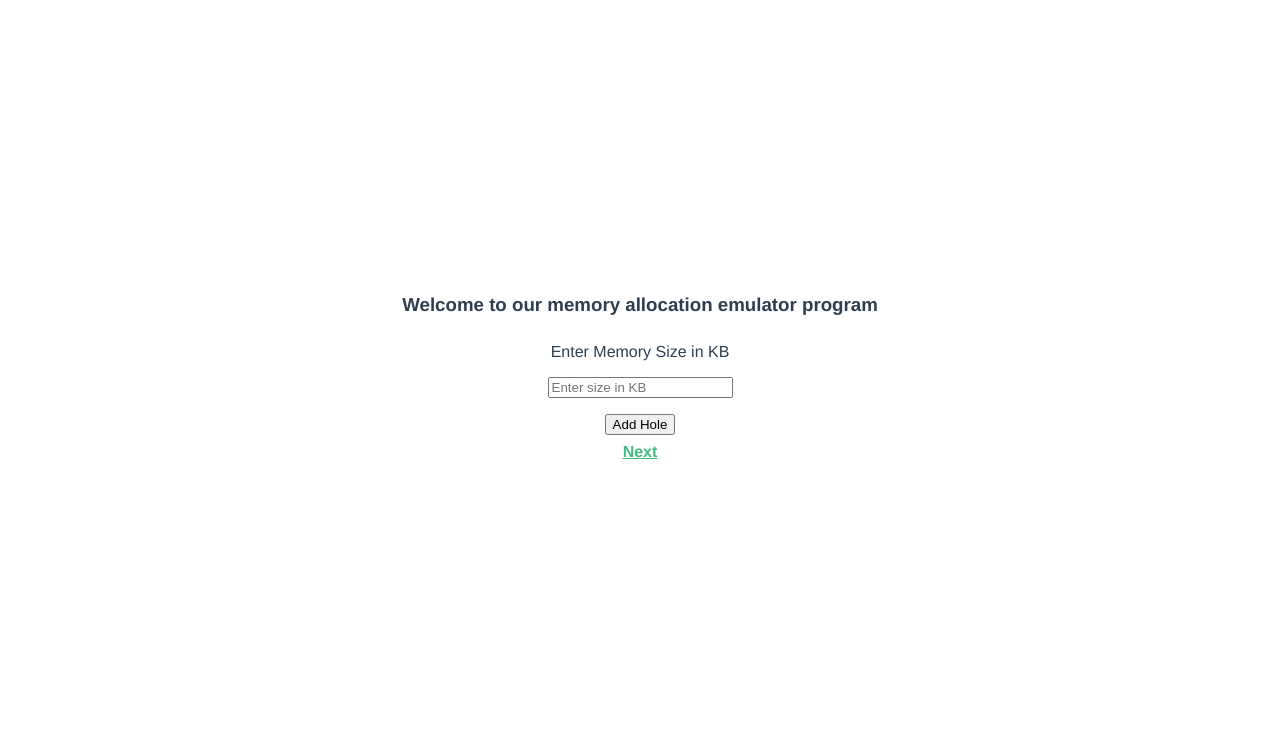
Repository: atout811/memory-allocation-project
Page: /
These files come from the project's save history. The page is drawn as it stood at one moment and after the next save; the edit follows.
The browser window is 1280 px wide. The pictures show the whole page.
The project was rebuilt for these pictures with package versions that can differ from the ones it lists, and the page was loaded fresh each time. Also part of the build but not shown: src/views/Process.vue, src/views/Methods.vue, src/views/Final.vue.

Above is the page before, as saved 2021-06-06 21:34:02.

### src/App.vue
<template>
  <router-view v-slot="{ Component }">
    <transition name="fade" mode="out-in">
      <component :is="Component" />
    </transition>
  </router-view>
</template>
<script>
import MemHole from "./views/MemoryAndHoles.vue";
export default {
  name: "App",
  components: { MemHole },
};
</script>
<style lang="scss">
#app {
  font-family: Avenir, Helvetica, Arial, sans-serif;
  -webkit-font-smoothing: antialiased;
  -moz-osx-font-smoothing: grayscale;
  text-align: center;
  color: #2c3e50;
  display: flex;
  flex-direction: column;
  align-items: center;
}
a {
  font-weight: bold;
  color: #42b983;

  &.router-link-exact-active {
    color: #42b983;
  }
}
.fade-enter-active,
.fade-leave-active {
  transition: opacity 0.5s ease;
}
.fade-enter-from, .fade-leave-to /* .fade-leave-active below version 2.1.8 */ {
  opacity: 0;
}
</style>

### src/router/index.js
import { createRouter, createWebHashHistory } from "vue-router";
import Process from "../views/Process";
import MemoryAndHoles from "../views/MemoryAndHoles";
import Methods from "../views/Methods";
import Final from "../views/Final";

const routes = [
  {
    path: "/",
    name: "Home",
    component: MemoryAndHoles,
  },
  {
    path: "/process",
    name: "Process",
    component: Process,
  },
  {
    path: "/methods",
    name: "Methods",
    component: Methods,
  },
  {
    path: "/final",
    name: "Final",
    component: Final,
  },
];

const router = createRouter({
  history: createWebHashHistory(),
  routes,
});

export default router;

### src/store/index.js
import { createStore } from "vuex";

export default createStore({
  state: {
    input: {
      memSize: "",
      Holes: [],
      Processes: [],
      Method: "",
    },
  },
  mutations: {},
  actions: {},
  modules: {},
});

### src/views/MemoryAndHoles.vue
<template>
  <transition>
    <div class="wrapper">
      <h3>Welcome to our memory allocation emulator program</h3>
      <div class="memory">
        <span>Enter Memory Size in KB</span>
        <input
          type="text"
          placeholder="Enter size in KB"
          v-model="memorySize"
          name="memSize"
          @input="Validation"
          ref="input1"
        />
        <div class="error" v-if="error.find((element) => element == 'memSize')">
          Please Enter Positive Integer Number
        </div>
      </div>
      <div class="holes">
        <input type="button" value="Add Hole" @click="handleClick" />

        <div class="test" v-for="(hole, index) in holes" :key="index">
          <div class="holaya">
            <span>Enter Hole start address</span>
            <input
              type="text"
              placeholder="Enter Start address"
              :name="'address' + index"
              @input="Validation"
              v-model="holes[index].starting"
            />
            <div
              class="error"
              v-if="error.find((element) => element == 'address' + index)"
            >
              Please Enter Positive Integer Number
            </div>
          </div>
          <div class="holaya">
            <span>Enter Hole size</span>
            <input
              type="text"
              :name="'size' + index"
              placeholder="Enter hole size"
              @input="Validation"
              v-model="holes[index].size"
            />
            <div
              class="error"
              v-if="error.find((element) => element == 'size' + index)"
            >
              Please Enter Positive Integer Number
            </div>
          </div>
        </div>
      </div>
      <router-link to="/process" @click="handleNext">Next</router-link>
    </div>
  </transition>
</template>
<script>
import store from "../store";
export default {
  name: "MemHole",
  store,
  data() {
    return {
      memorySize: "",
      holes: [],
      error: [],
    };
  },
  methods: {
    handleClick: function () {
      this.holes = [...this.holes, { starting: "", size: "" }];
      console.log(this.holes);
    },
    handleNext: function () {
      console.log(this.$store.state);
      this.$store.state.input.memSize = this.memorySize;
      this.$store.state.input.Holes = this.holes;
      console.log(this.$store.state);
    },
    Validation: function (e) {
      console.log(this.error);
      console.log(e.target.name);

      if (!/^\d+$/.test(e.target.value)) {
        if (this.error.find((element) => element == e.target.name)) return;

        return this.error.push(e.target.name);
      }
      if (/^\d+$/.test(e.target.value))
        return (this.error = this.error.filter(
          (item) => item != e.target.name
        ));
    },
  },
};
</script>

<style scoped>
.error {
  color: rgb(179, 1, 1);
}
.wrapper {
  height: 100vh;
  width: 100%;
  display: flex;
  justify-content: center;
  align-items: center;
  flex-direction: column;
}
.test {
  width: 100%;
  display: flex;
  justify-content: center;
  align-items: center;
}
.holes {
  width: 100%;
}
.holaya {
  width: 100%;
}
.memory {
  display: flex;
  flex-direction: column;
  max-width: 50%;
}
span {
  margin: 8px;
}
input {
  margin: 8px;
}
</style>

Loaded but not shown: public/index.html (common file); src/main.js (common file)

After the next save:
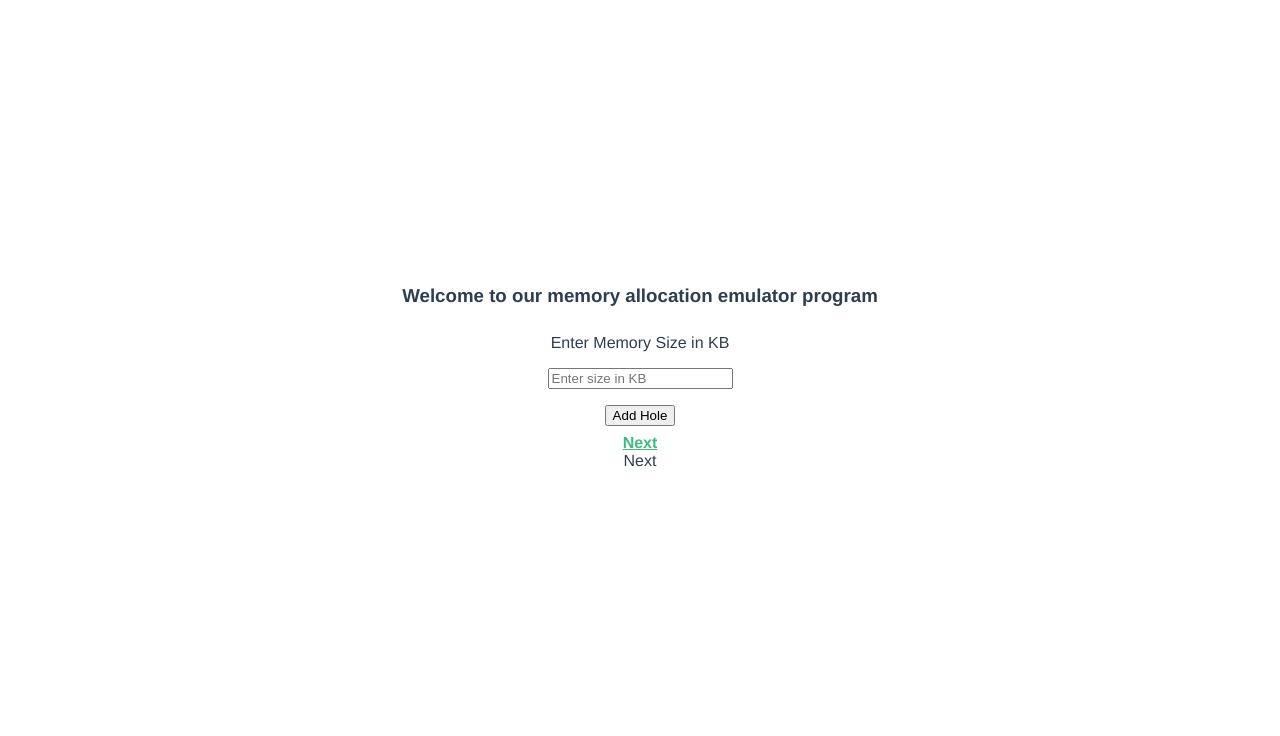
Saved 3 min 27 s later.
--- a/src/views/MemoryAndHoles.vue
+++ b/src/views/MemoryAndHoles.vue
@@ -55,6 +55,7 @@
         </div>
       </div>
       <router-link to="/process" @click="handleNext">Next</router-link>
+      <div class="link" to="/process" @click="handleNext">Next</div>
     </div>
   </transition>
 </template>
@@ -76,10 +77,11 @@
       console.log(this.holes);
     },
     handleNext: function () {
-      console.log(this.$store.state);
+      if (this.error.length) return alert("solve the error messages");
       this.$store.state.input.memSize = this.memorySize;
       this.$store.state.input.Holes = this.holes;
       console.log(this.$store.state);
+      this.$router.push("/process");
     },
     Validation: function (e) {
       console.log(this.error);

After the save that followed:
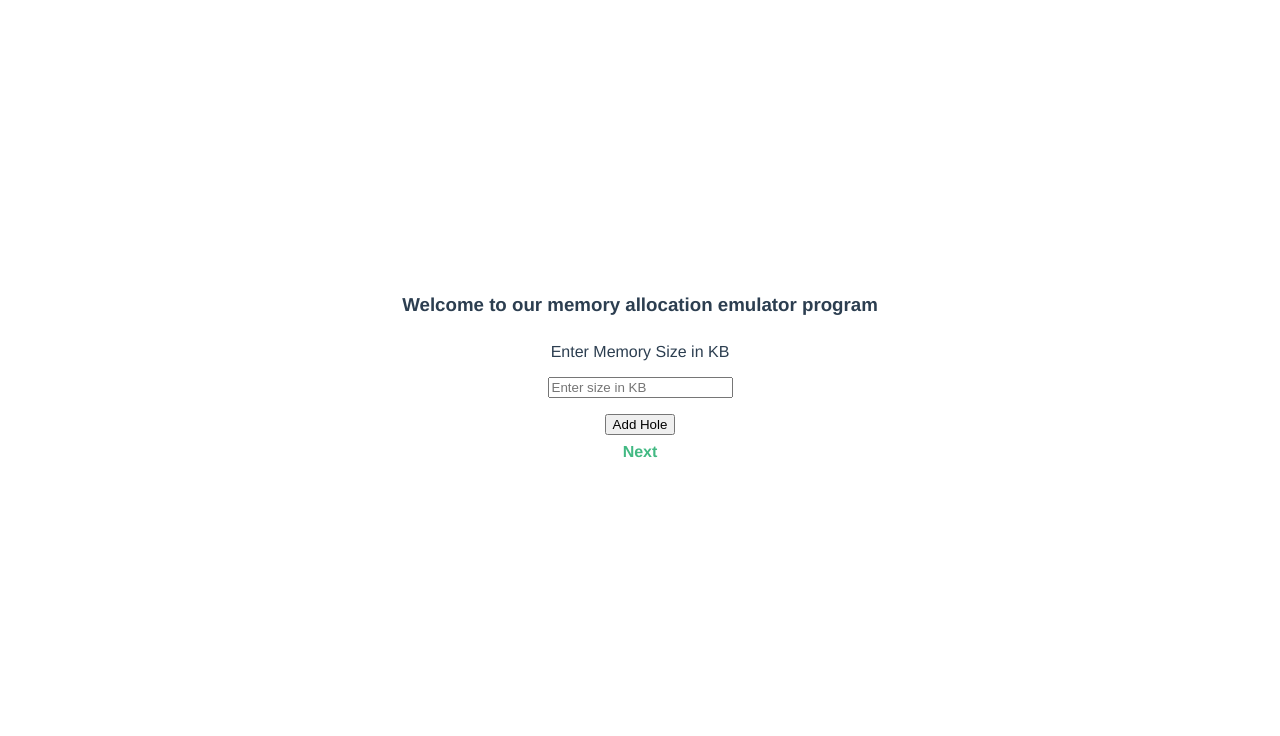
Saved 33 s later.
--- a/src/views/MemoryAndHoles.vue
+++ b/src/views/MemoryAndHoles.vue
@@ -54,7 +54,7 @@
           </div>
         </div>
       </div>
-      <router-link to="/process" @click="handleNext">Next</router-link>
+      <!-- <router-link to="/process" @click="handleNext">Next</router-link> -->
       <div class="link" to="/process" @click="handleNext">Next</div>
     </div>
   </transition>
@@ -113,6 +113,11 @@
   align-items: center;
   flex-direction: column;
 }
+.link {
+  cursor: pointer;
+  color: #42b983;
+  font-weight: bold;
+}
 .test {
   width: 100%;
   display: flex;
